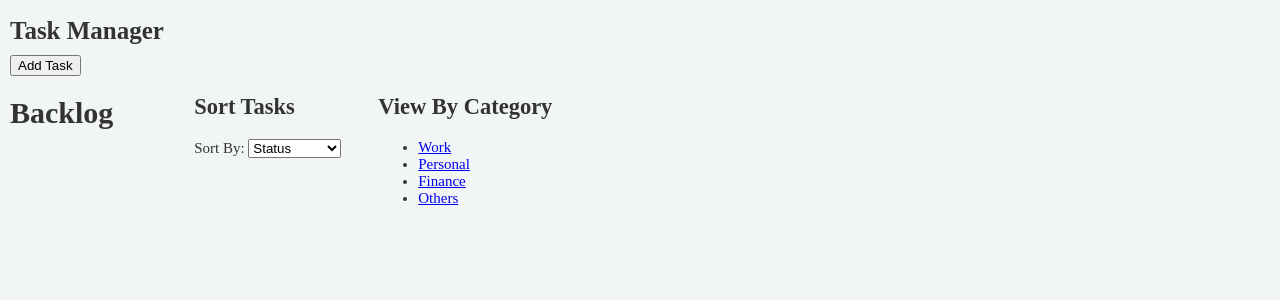
Repository: n-shen/task-tracker
Page: / (app in frontend/)
An editor plug-in stored every save of this project. The page is shown before and after the next save, followed by the edit.
The browser window is 1280 px wide. The pictures show the whole page.
The project was rebuilt for these pictures with package versions that can differ from the ones it lists, and the page was loaded fresh each time. Also part of the build but not shown: frontend/src/components/taskManager/addTask.jsx, frontend/src/components/tasks/task.jsx, frontend/src/components/taskManager/categoryTasks.jsx. Imported but missing from the stored project, and not drawn on this page: frontend/src/reportWebVitals.

Above is the page before, as saved 2023-04-20 13:13:15.

### frontend/public/index.html
<!DOCTYPE html>
<html lang="en">
  <head>
    <meta charset="utf-8" />
    <link rel="icon" href="%PUBLIC_URL%/favicon.ico" />
    <meta name="viewport" content="width=device-width, initial-scale=1" />
    <meta name="theme-color" content="#000000" />
    <meta
      name="description"
      content="Web site created using create-react-app"
    />
    <link rel="apple-touch-icon" href="%PUBLIC_URL%/logo192.png" />
    <!--
      manifest.json provides metadata used when your web app is installed on a
      user's mobile device or desktop. See https://developers.google.com/web/fundamentals/web-app-manifest/
    -->
    <link rel="manifest" href="%PUBLIC_URL%/manifest.json" />
    <!--
      Notice the use of %PUBLIC_URL% in the tags above.
      It will be replaced with the URL of the `public` folder during the build.
      Only files inside the `public` folder can be referenced from the HTML.

      Unlike "/favicon.ico" or "favicon.ico", "%PUBLIC_URL%/favicon.ico" will
      work correctly both with client-side routing and a non-root public URL.
      Learn how to configure a non-root public URL by running `npm run build`.
    -->
    <title>Task Tracker App</title>
  </head>
  <body>
    <noscript>You need to enable JavaScript to run this app.</noscript>
    <div id="root"></div>
    <!--
      This HTML file is a template.
      If you open it directly in the browser, you will see an empty page.

      You can add webfonts, meta tags, or analytics to this file.
      The build step will place the bundled scripts into the <body> tag.

      To begin the development, run `npm start` or `yarn start`.
      To create a production bundle, use `npm run build` or `yarn build`.
    -->
  </body>
</html>

### frontend/src/index.js
import React from "react";
import ReactDOM from "react-dom/client";
import "./styles/index.css";
import App from "./App";
import reportWebVitals from "./reportWebVitals";
import { BrowserRouter } from "react-router-dom";

const root = ReactDOM.createRoot(document.getElementById("root"));
root.render(
  <React.StrictMode>
    <BrowserRouter>
      <App />
    </BrowserRouter>
  </React.StrictMode>
);

// If you want to start measuring performance in your app, pass a function
// to log results (for example: reportWebVitals(console.log))
// or send to an analytics endpoint. Learn more: https://bit.ly/CRA-vitals
reportWebVitals();

### frontend/src/styles/index.css
body {
  margin: 0;
  font-family: -apple-system, BlinkMacSystemFont, 'Segoe UI', 'Roboto', 'Oxygen',
    'Ubuntu', 'Cantarell', 'Fira Sans', 'Droid Sans', 'Helvetica Neue',
    sans-serif;
  -webkit-font-smoothing: antialiased;
  -moz-osx-font-smoothing: grayscale;
  background-color: #f2f5f5;
}

code {
  font-family: source-code-pro, Menlo, Monaco, Consolas, 'Courier New',
    monospace;
}

html {
  font-size: 62.5%;
}

### frontend/src/App.js
import React from "react";
import TaskManager from "./components/taskManager/manager";


function App() {
  return (
    <div className="App">
      <TaskManager />
    </div>
  );
}

export default App;

### frontend/src/components/taskManager/manager.jsx
import React, { useState, useEffect } from "react";
import AddTaskForm from "./addTask";
import TaskList from "../tasks/taskLists";
import SortTasks from "./sortTasks";
import ViewByCategory from "./viewByCategory";
import CategoryTask from "./categoryTasks";
import { Routes, Route } from "react-router-dom";
import "../../styles/manager.css";

const TaskManager = () => {
  const [tasks, setTasks] = useState(
    JSON.parse(localStorage.getItem("tasks")) || []
  );
  const [showAddTask, setShowAddTask] = useState(false);

  useEffect(() => {
    localStorage.setItem("tasks", JSON.stringify(tasks));
  }, [tasks]);

  const handleAddTask = (task) => {
    setTasks([...tasks, task]);
    setShowAddTask(false);
  };

  const handleShowAddTask = () => {
    setShowAddTask(true);
  };

  const handleHideAddTask = () => {
    setShowAddTask(false);
  };

  const handleDeleteTask = (index) => {
    const newTasks = [...tasks];
    newTasks.splice(index, 1);
    setTasks(newTasks);
  };

  const handleEditTask = (index, newTask) => {
    const newTasks = [...tasks];
    newTasks[index] = newTask;
    setTasks(newTasks);
  };

  return (
    <div className="taskManager">
      <div className="taskManager--wrapper">
        <h1 className="taskManager--title">Task Manager</h1>
          <div className="taskManager--addTask">
            <div className="taskManager--addTask__btn">
              <button onClick={handleShowAddTask} className="addTask-btn">
                Add Task
              </button>
            </div>
            <div className="taskManager--addTask__container">
              {showAddTask && (
                <AddTaskForm
                  onAdd={handleAddTask}
                  onHideAddTask={handleHideAddTask}
                />
              )}
            </div>
          </div>
          <div className="taskManager--grid">
          <div className="taskManager--taskList">
            <TaskList
              tasks={tasks}
              onDelete={handleDeleteTask}
              onEdit={handleEditTask}
            />
          </div>
          <div className="taskManager--sort">
            <SortTasks tasks={tasks} />
          </div>
          <div className="taskManager--view">
            <Routes>
              <Route path="/" element={<ViewByCategory tasks={tasks} />} />
              <Route
                path="/category/:category"
                element={<CategoryTask tasks={tasks} />}
              />
            </Routes>
          </div>
        </div>
      </div>
    </div>
  );
};

export default TaskManager;

### frontend/src/components/tasks/taskLists.jsx

import React from "react";
import Task from "./task";

const TaskList = ({ tasks, onDelete, onEdit }) => {
  return (
    <div>
      <h1 className="">Backlog</h1>
      {tasks.map((task, index) => (
        <Task
          key={index}
          index={index}
          task={task}
          onDelete={onDelete}
          onEdit={onEdit}
        />
      ))}
    </div>
  );
};

export default TaskList;

### frontend/src/components/taskManager/sortTasks.jsx
import { React, useState } from "react";

const SortTask = ({ tasks }) => {
  const [sortBy, setSortBy] = useState("status");

  const sortedTasks =
    tasks?.slice().sort((a, b) => {
      switch (sortBy) {
        case "title":
          return a.title.localeCompare(b.title);
        case "status":
          return a.status.localeCompare(b.status);
        case "dateAdded":
          return new Date(a.dateAdded) - new Date(b.dateAdded);
        case "dueDate":
          return new Date(a.dueDate) - new Date(b.dueDate);
        case "category":
          return a.category.localeCompare(b.category);
        default:
          return 0;
      }
    }) || [];

  const handleSortBy = (e) => {
    setSortBy(e.target.value);
  };

  return (
    <div>
      <h2>Sort Tasks</h2>
      <div>
        <label htmlFor="sort">Sort By: </label>
        <select name="sort" value={sortBy} onChange={handleSortBy}>
          <option value="title">Title</option>
          <option value="status">Status</option>
          <option value="dateAdded">Date Added</option>
          <option value="dueDate">Due Date</option>
        </select>
      </div>
      <div>
        <ul>
          {sortedTasks.map((task, index) => (
            <li key={index}>
              <h4>{task.title}</h4>
              <p>{task.description}</p>
              <p>Status: {task.status}</p>
              <p>Date Added: {task.dateAdded}</p>
              <p>Due Date: {task.dueDate}</p>
              <p>Category: {task.category}</p>
            </li>
          ))}
        </ul>
      </div>
    </div>
  );
};

export default SortTask;

### frontend/src/components/taskManager/viewByCategory.jsx
import React from "react";
import { Link, useParams } from "react-router-dom";

const ViewByCategory = ({ tasks }) => {
  const categories = ["Work", "Personal", "Finance", "Others"];
  const { category } = useParams();

  const tasksByCategory = (category) => {
    return tasks.filter((task) => task.category === category);
  };

  return (
    <div>
      <h2>View By Category</h2>
      <ul>
        {categories.map((categoryName) => (
          <li key={categoryName}>
            <Link to={`/category/${categoryName}`}>
              {categoryName}
            </Link>
          </li>
        ))}
      </ul>
      {category && (
        <div>
          <h3>{category}</h3>
          <ul>
            {tasksByCategory(category).map((task, index) => (
              <li key={index}>
                <div>Title: {task.title}</div>
                <div>Description: {task.description}</div>
                <div>Status: {task.status}</div>
                <div>Due Date: {task.dueDate}</div>
                <div>Category: {task.category}</div>
              </li>
            ))}
          </ul>
        </div>
      )}
    </div>
  );
};

export default ViewByCategory;

### frontend/src/styles/manager.css
.taskManager {
    background-color: #f2f5f5;
    width: 100%;
    min-height: 100vh;
    display: flex;
    flex-direction: column;
    align-items: flex-start;
    font-family: 'Fira Sans';
    font-size: 1.5rem;
    font-weight: 400;
    color: #333;
}

.taskManager--wrapper {
    padding: 0 1rem;
}

.taskManager--title {
    font-size: 2.5rem;
    font-weight: 700;
    margin-bottom: 1rem;
}

.taskManager--grid {
    display: grid;
    grid-template-columns: repeat(3, minmax(min-content, 1fr));
    grid-gap: 1rem;
    width: 100%;
}

After the next save:
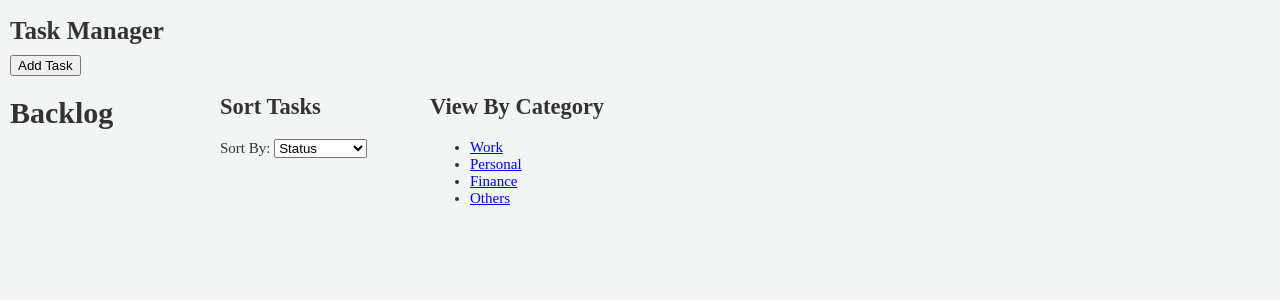
Saved 9 s later.
--- a/frontend/src/styles/manager.css
+++ b/frontend/src/styles/manager.css
@@ -23,7 +23,7 @@
 
 .taskManager--grid {
     display: grid;
-    grid-template-columns: repeat(3, minmax(min-content, 1fr));
+    grid-template-columns: repeat(3, minmax(min-content, 20rem));
     grid-gap: 1rem;
     width: 100%;
 }

After the 2 saves that followed:
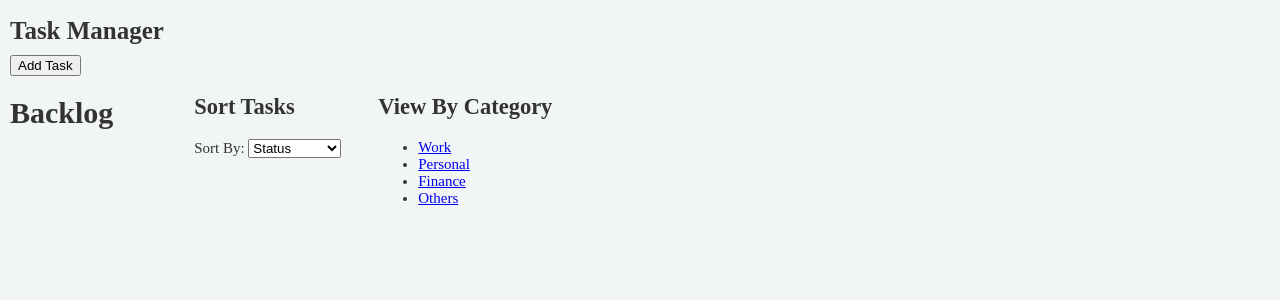
The 2 saves are shown as one change because 1 left the picture as it was.
The last was saved 33 s later.
--- a/frontend/src/styles/manager.css
+++ b/frontend/src/styles/manager.css
@@ -23,7 +23,7 @@
 
 .taskManager--grid {
     display: grid;
-    grid-template-columns: repeat(3, minmax(min-content, 20rem));
+    grid-template-columns: repeat(3, minmax(min-content, 1fr));
     grid-gap: 1rem;
     width: 100%;
 }
